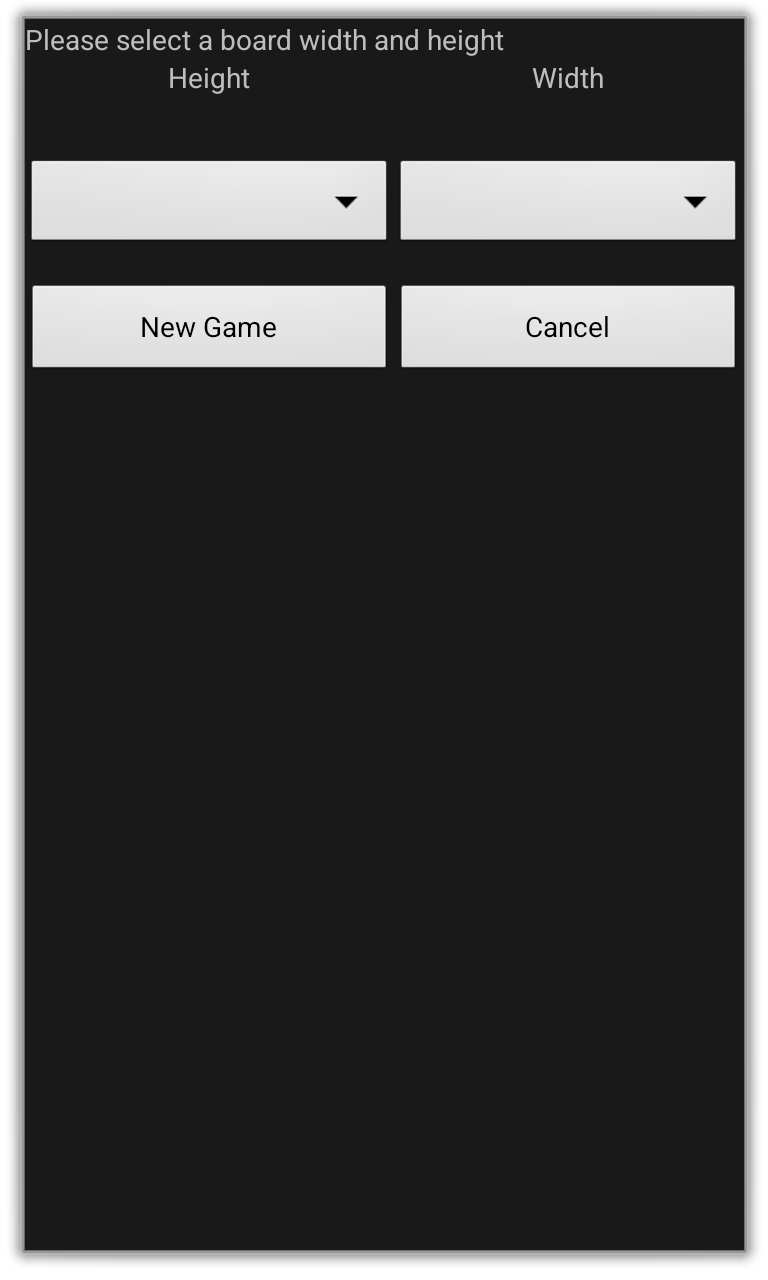
Repository: rickydalziel/project
Layout: Numbersorter/res/layout/new_game_dialog.xml
An editor plug-in stored every save of this project. The layout is shown before and after the next save, followed by the edit.
It is drawn on a 768 x 1280 px phone screen (xhdpi) without system bars, with theme android:Theme.Dialog; the app's code is not run.

Above is the layout before, as saved 2013-02-14 11:47:51.

### Numbersorter/res/layout/new_game_dialog.xml
<?xml version="1.0" encoding="utf-8"?>

<LinearLayout
     xmlns:android="http://schemas.android.com/apk/res/android"
	 android:orientation="vertical"
	 android:layout_width="fill_parent"
	 android:layout_height="fill_parent">

	 <TextView
	    android:id="@+id/newgametext"
	    android:layout_width="fill_parent"
	  	android:layout_height="wrap_content"
	  	android:text="@string/newgametext" />


	  <TableLayout
	        android:layout_height="wrap_content"
	        android:layout_width="wrap_content"
	        android:layout_gravity="center"
	        android:stretchColumns="*">



	      <TableRow
	          android:paddingBottom="15dp">

		        <TextView

				    android:id="@+id/heighttext"
				    android:layout_width="fill_parent"
				  	android:layout_height="wrap_content"
				  	android:text="@string/height"
				  	android:layout_gravity="center" />

		        <TextView
				    android:id="@+id/widthtext"
				    android:layout_width="fill_parent"
				  	android:layout_height="wrap_content"
				  	android:text="@string/width"
				  	android:layout_gravity="center" />



		    </TableRow>

	        <TableRow
	            android:paddingTop="15dp"
	            android:paddingBottom="15dp" >



				<Spinner

				    android:id="@+id/heightspinner"
				    android:layout_width="fill_parent"
				  	android:layout_height="wrap_content"
				  	android:drawSelectorOnTop="true" />

				<Spinner

				    android:id="@+id/widthspinner"
				    android:layout_width="fill_parent"
				  	android:layout_height="wrap_content"
				  	android:drawSelectorOnTop="true" />


	        </TableRow>




		    <TableRow>

		        <Button
		            android:id="@+id/start_new_game_button"
		            android:layout_width="fill_parent"
		            android:layout_height="fill_parent"
		            android:text="@string/new_game" />

		         <Button
		            android:id="@+id/cancel_button"
		            android:layout_width="fill_parent"
		            android:layout_height="fill_parent"
		            android:text="@string/cancel"  />



		    </TableRow>


		</TableLayout>

</LinearLayout>

### Numbersorter/res/values/strings.xml
<?xml version="1.0" encoding="utf-8"?>
<resources>

    <!-- Main menu strings -->

    <string name="app_name">Numbersorter</string>
    <string name="main_menu">Main Menu</string>
    <string name="menu_settings">Settings</string>
    <string name="title_activity_main">Number Sorter</string>
    <string name="new_game">New Game</string>
    <string name="continue_game">Continue</string>
    <string name="about">About</string>
    <string name="exit_game">Exit</string>

    <!-- About scree strings -->

    <string name="about_app">About Numbersorter</string>
    <string name="about_text">	    Numbersorter is a program written and desgned by Ricky Dalziel, for his 4th year honours project.
	    The aim of the game is to swipe a mxn grid of numbers into position so that they read from 1 - (m*n).
	</string>
    <string name="hello_world">Hello world!</string>
    <string name="title_activity_about">AboutActivity</string>

    <!-- New game dialog strings -->


    <string name = "newgametext">Please select a board width and height</string>
    <string name = "height">Height</string>
    <string name = "width">Width</string>
    <string name="cancel">Cancel</string>

    <!-- Array options for the dialog box -->

    <string-array name="size_array">
        <item>3</item>
        <item>4</item>
        <item>5</item>
        <item>6</item>
    </string-array>

</resources>

After the next save:
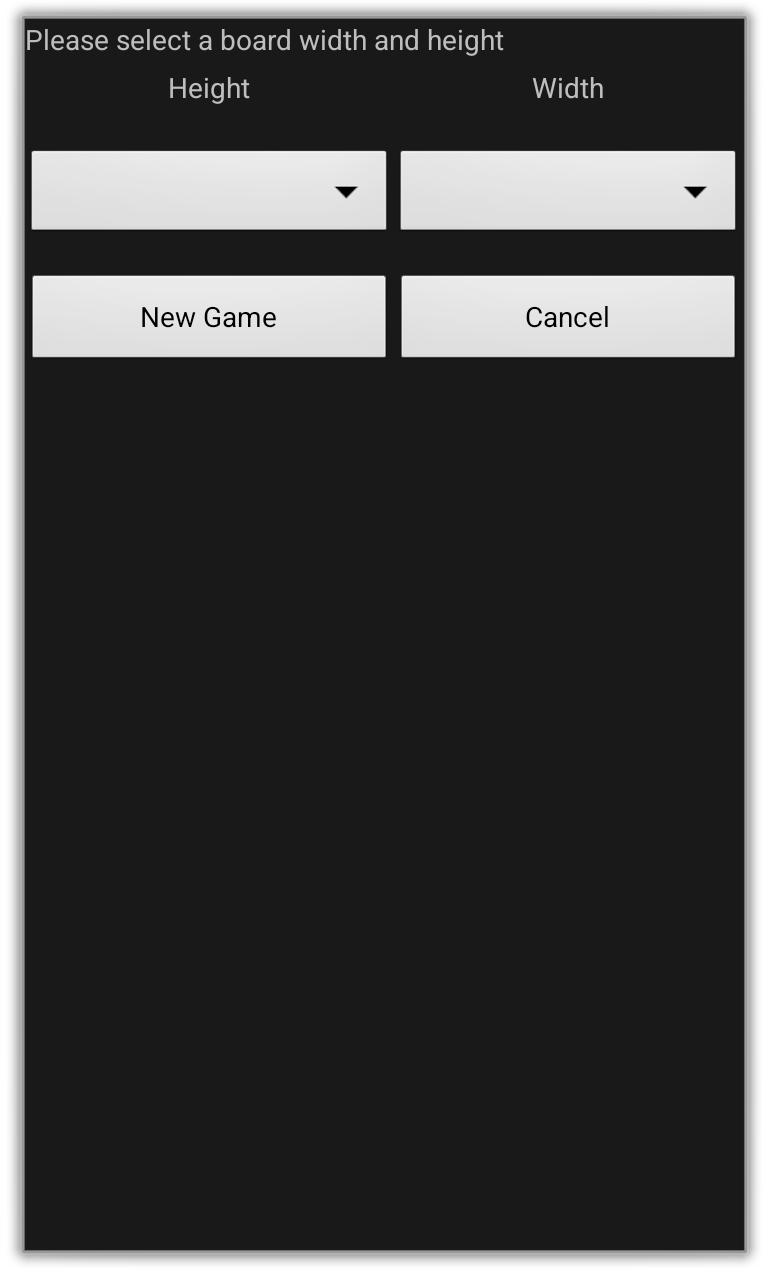
Saved 83 s later.
--- a/Numbersorter/res/layout/new_game_dialog.xml
+++ b/Numbersorter/res/layout/new_game_dialog.xml
@@ -22,7 +22,8 @@
 
 
 	      <TableRow
-	          android:paddingBottom="15dp">
+	          android:paddingTop="5dp"
+	          android:paddingBottom="5dp">
 
 		        <TextView
 
